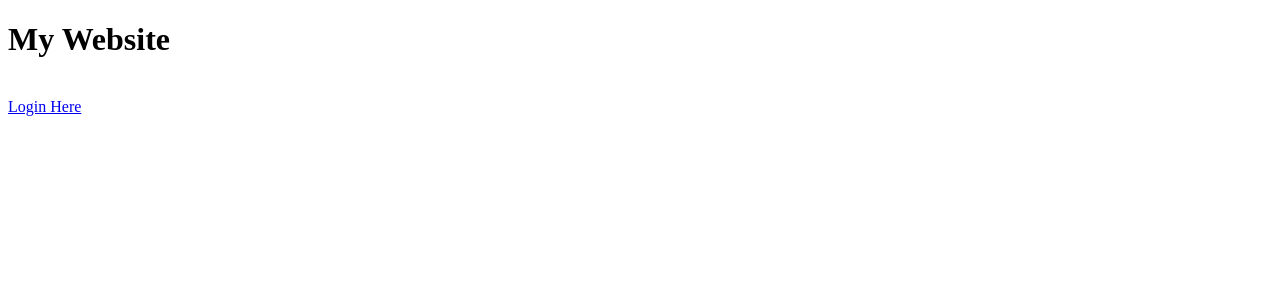
Repository: jyotiprajapati98/Techment_Training_2020
Page: Day 13 (servlets)/Techment_WebProject/WebContent/index.html
These files come from the project's save history. The page is drawn as it stood at one moment and after the next save; the edit follows.
The browser window is 1280 px wide. The pictures show the whole page.

Above is the page before, as saved 2020-06-10 06:26:12.

### Day 13 (servlets)/Techment_WebProject/WebContent/index.html
<!DOCTYPE html>
<html>
<head>
<meta charset="ISO-8859-1">
<title>Insert title here</title>
</head>
<body>
  <H1>My Website</H1><br>
  <a href="login.html">Login Here</a>
</body>
</html>

After the next save:
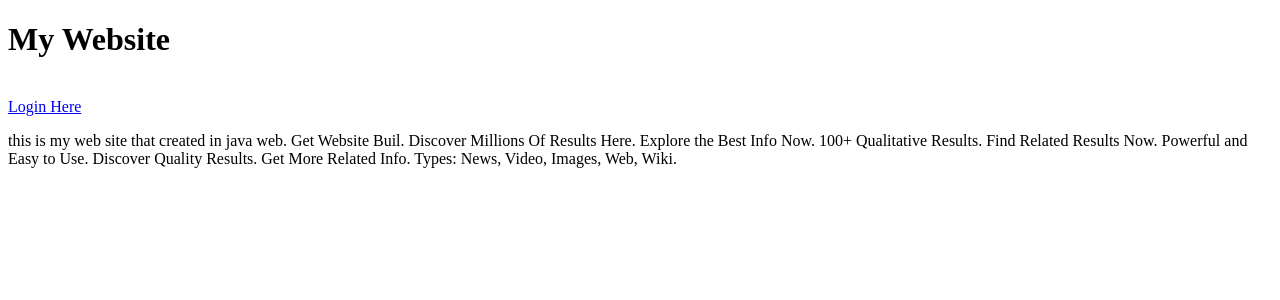
Saved 3 min 19 s later.
--- a/Day 13 (servlets)/Techment_WebProject/WebContent/index.html
+++ b/Day 13 (servlets)/Techment_WebProject/WebContent/index.html
@@ -7,5 +7,19 @@
 <body>
   <H1>My Website</H1><br>
   <a href="login.html">Login Here</a>
+
+  <br>
+  <p>
+  this is my web site that created in java web.
+  Get Website Buil. Discover Millions Of
+  Results Here. Explore the Best Info Now.
+  100+ Qualitative Results.
+  Find Related Results Now.
+  Powerful and Easy to Use.
+  Discover Quality Results.
+  Get More Related Info.
+  Types: News, Video, Images, Web, Wiki.
+
+  </p>
 </body>
 </html>
